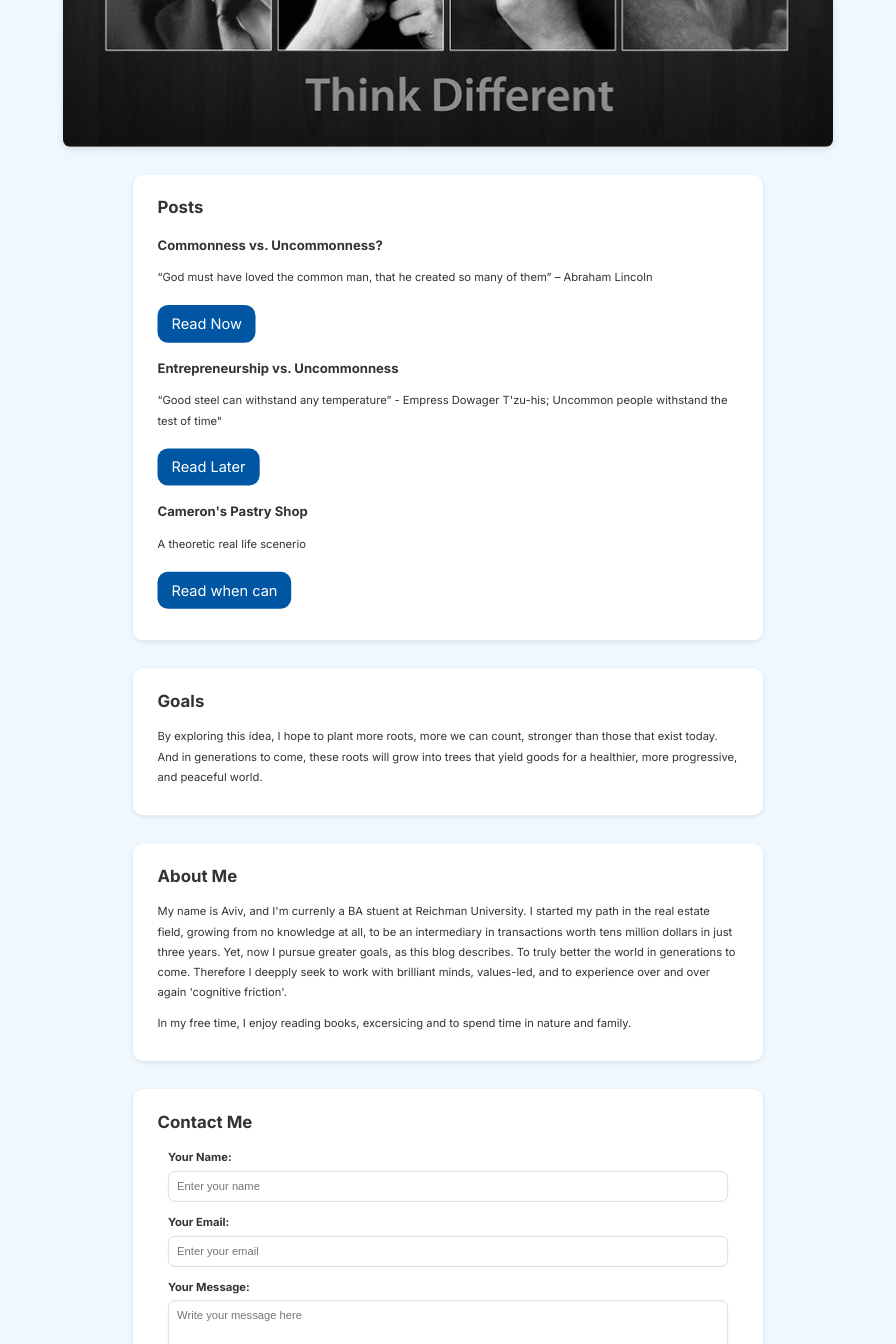
Repository: AvivGranot/Uncommon-Website
Page: index.html
The author's editor kept a copy of each file at every save. The page is drawn from the files as they stood at one save, then again after the next save.
The browser window is 1280 px wide. The pictures show the part of the page from y = 1154 to 3074 px (the page is 3402 px tall before and 3287 px after), at 70% of full size.

Above is the page before, as saved 2025-01-10 00:31:31.

### index.html
<!DOCTYPE html>
<html lang="en">
<head>
    <meta charset="UTF-8">
    <meta name="viewport" content="width=device-width, initial-scale=1.0">
    <title>Uncommon People in a Common World</title>
    <link href="https://fonts.googleapis.com/css2?family=Inter:wght@400;700&display=swap" rel="stylesheet">
    <style>
        /* General Reset */
        * {
            margin: 0;
            padding: 0;
            box-sizing: border-box;
            scroll-behavior: smooth;
        }

        body {
            font-family: 'Inter', sans-serif;
            background-color: #f0f8ff;
            color: #333;
            line-height: 1.8;
            overflow-x: hidden;
        }

        a {
            text-decoration: none;
            color: #0056a3;
            transition: color 0.3s;
        }

        a:hover {
            color: #003d7a;
        }

        h1, h2, h3 {
            font-weight: 700;
            margin-bottom: 15px;
        }

        p {
            margin-bottom: 15px;
        }

        nav {
            position: fixed;
            top: 0;
            width: 100%;
            background-color: #0056a3;
            box-shadow: 0 2px 5px rgba(0, 0, 0, 0.1);
            z-index: 1000;
            padding: 10px 0;
        }

        nav ul {
            list-style: none;
            display: flex;
            justify-content: center;
            gap: 20px;
        }

        nav ul li a {
            font-weight: bold;
            font-size: 1.1rem;
            padding: 10px;
            color: white;
            border-radius: 12px;
            transition: background-color 0.3s;
        }

        nav ul li a:hover {
            background-color: #003d7a;
        }

        .hero {
            background: linear-gradient(to bottom, #0056a3, #003d7a);
            color: #fff;
            text-align: center;
            padding: 100px 20px 60px;
            clip-path: ellipse(120% 100% at 50% 0%);
        }

        .hero h1 {
            font-size: 3rem;
            margin-bottom: 15px;
        }

        .hero p {
            font-size: 1.3rem;
        }

        .btn {
            display: inline-block;
            background-color: #ffc107;
            color: #333;
            padding: 15px 30px;
            border-radius: 25px;
            font-weight: bold;
            transition: all 0.3s;
            margin-top: 20px;
            font-size: 1.1rem;
        }

        .btn:hover {
            background-color: #e0a800;
            color: #fff;
        }

        .container {
            max-width: 900px;
            margin: 40px auto;
            background-color: #fff;
            border-radius: 15px;
            box-shadow: 0 2px 8px rgba(0, 0, 0, 0.1);
            padding: 25px 35px;
        }



        .about-container {
    text-align: center; /* Aligns text to the center */
    margin: 0 auto; /* Centers the div horizontally */
    padding: 20px; /* Adds spacing inside the container */
    background-color: #f8f9fa; /* Optional: Adds a light background color */
    border-radius: 10px; /* Optional: Rounds the corners */
    box-shadow: 0 4px 10px rgba(0, 0, 0, 0.1); /* Optional: Adds a subtle shadow */
}

        .blog-list {
            list-style: none;
            margin: 0;
            padding: 0;
        }

        .blog-list li {
            margin-bottom: 20px;
        }

        .blog-list a {
            font-size: 1.3rem;
            color: white;
        }

        .read-more {
            display: inline-block;
            margin-top: 10px;
            background-color: #0056a3;
            color: white;
            padding: 8px 20px;
            border-radius: 15px;
            font-size: 1rem;
        }

        .read-more:hover {
            background-color: #003d7a;
        }

        form {
            display: flex;
            flex-direction: column;
        }

        form input, form textarea, form button {
            padding: 12px;
            margin-bottom: 15px;
            border: 1px solid #ccc;
            border-radius: 50px;
            font-size: 1rem;
        }

        form button {
            background-color: #0056a3;
            color: #fff;
            font-weight: bold;
            cursor: pointer;
            transition: all 0.3s;
            font-size: 1.1rem;
        }

        footer {
            background-color: #0056a3;
            color: white;
            text-align: center;
            padding: 20px 10px;
        }

        footer a {
            color: #ffc107;
        }

        footer a:hover {
            color: #e0a800;
        }
    </style>
</head>
<body>
    <nav>
        <ul>
            <li><a href="#home">Home</a></li>
            <li><a href="#Posts">Posts</a></li>
            <li><a href="#about">About</a></li>
            <li><a href="mailto:granot211@gmail.com">Contact</a></li>
        </ul>
    </nav>

    <div class="hero" id="home">
        <h1>Uncommon People in a Common World</h1>
        <p>“If you would not be forgotten, as soon as you are dead and rotten, either write things worth reading, or do things worth writing” - Benjamin Franklin</p>
        <a href="#contact" class="btn">Get in Touch</a>
    </div>

    <div class="about-container">
        <h2>About The Blog</h2>
        <p>This blog was founded after two years of writing. It all began when I experienced the best growth in my career and life, yet felt that it didn't mean a thing to the greater world. So, after a lot of conversations with friends, mentors, and peers, they encouraged me to write my beliefs. Now it is time to publish it to the world. Hope you like it, and I would be more than happy to hear your feedback and perspectives.</p>
    </div>

    <section style="
    text-align: center;
    background: url('Assets/Images/think_different_martin_luther_king_john_lennon_steve_jobs_and_albert_einstein-t2.jpg') no-repeat center center/cover;
    padding: 6em 1em; /* Increases the vertical spacing */
    margin: 2em auto;
    max-width: 1100px;
    min-height: 700px; /* Ensures the section has a taller height */
    border-radius: 10px;
    box-shadow: 0 4px 10px rgba(0, 0, 0, 0.1);">
    <h2 style="color: #0056a3; margin-bottom: 1em; text-shadow: 1px 1px 2px rgba(0, 0, 0, 0.5);"></h2>
    <p style="color: white; font-size: 1.2rem; text-shadow: 1px 1px 2px rgba(0, 0, 0, 0.5);"></p>
        </div>
</section>


    <div class="container" id="Posts">
        <h2>Posts</h2>
        <ul class="blog-list">
            <li>
                <h3>Commonness vs. Uncommonness?</h3>
                <p>“God must have loved the common man, that he created so many of them” – Abraham Lincoln</p>
                <a href="Assets/posts/post1.html" class="read-more">Read Now</a>
            </li>
            <li>
                <h3>Entrepreneurship vs. Uncommonness</h3>
                <p>“Good steel can withstand any temperature” - Empress Dowager T'zu-his; Uncommon people withstand the test of time"</p>
                <a href="Assets/posts/post2.html" class="read-more">Read Later</a>
            </li>
            <li>
                <h3>Cameron's Pastry Shop</h3>
                <p>A theoretic real life scenerio</p>
                <a href="Assets/posts/post3.html" class="read-more">Read when can</a>
            </li>
        </ul>
    </div>


    <div class="container" id="Goals">
        <h2>Goals</h2>
        <p>By exploring this idea, I hope to plant more roots, more we can count, stronger than those that exist today. And in generations to come, these roots will grow into trees that yield goods for a healthier, more progressive, and peaceful world.</p>
    </div>

    <div class="container" id="about">
        <h2>About Me</h2>
        <p>My name is Aviv, and I'm currenly a BA stuent at Reichman University. I started my path in the real estate field, growing from no knowledge at all, to be an intermediary in transactions worth tens million dollars in just three years. Yet, now I pursue greater goals, as this blog describes. To truly better the world in generations to come. Therefore I deepply seek to work with brilliant minds, values-led, and to experience over and over again 'cognitive friction'.</p>
        <p>In my free time, I enjoy reading books, excersicing and to spend time in nature and family.</p>
    </div>

    <div class="container" id="contact">
        <h2>Contact Me</h2>
        <form action="https://formspree.io/f/mnnnozgo" method="POST" style="max-width: 800px; margin: auto;">
            <label for="name" style="display: block; margin-bottom: 5px; font-weight: bold;">Your Name:</label>
            <input type="text" id="name" name="name" placeholder="Enter your name" required
                style="width: 100%; padding: 12px; margin-bottom: 15px; border: 1px solid #ccc; border-radius: 10px; font-size: 1rem; font-family: 'Aptos', sans-serif;">

            <label for="email" style="display: block; margin-bottom: 5px; font-weight: bold;">Your Email:</label>
            <input type="email" id="email" name="email" placeholder="Enter your email" required
                style="width: 100%; padding: 12px; margin-bottom: 15px; border: 1px solid #ccc; border-radius: 10px; font-size: 1rem; font-family: 'Aptos', sans-serif;">

            <label for="message" style="display: block; margin-bottom: 5px; font-weight: bold;">Your Message:</label>
            <textarea id="message" name="message" rows="5" placeholder="Write your message here" required
                style="width: 100%; padding: 12px; border: 1px solid #ccc; border-radius: 10px; font-size: 1rem; font-family: 'Aptos', sans-serif; resize: vertical; overflow-y: auto; height: 150px;"></textarea>

            <button type="submit"
                style="width: 100%; padding: 15px; margin-top: 10px; background-color: #0056a3; color: white; border: none; border-radius: 10px; font-size: 1.1rem; font-weight: bold; cursor: pointer; transition: background-color 0.3s;">
                Send Message
            </button>
        </form>
    </div>

    <footer>
        <p>&copy;2025 Uncommon People in a Common World. All rights reserved. Unauthorized use, copying, or reproduction of this content is prohibited. <a href="mailto:granot211@gmail.com">Contact Me</a></p>
    </footer>
</body>
</html>

After the next save:
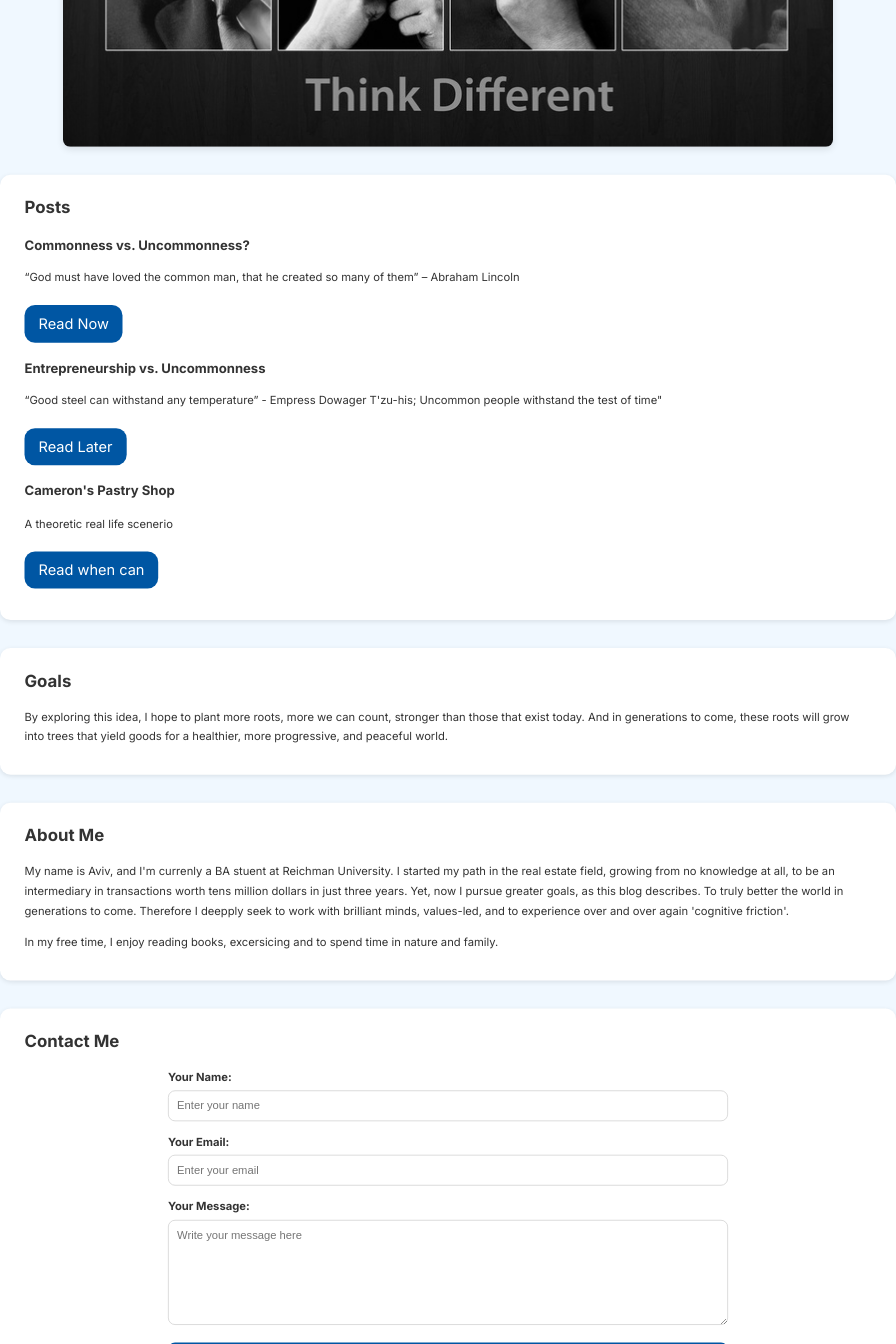
Saved 42 s later.
--- a/index.html
+++ b/index.html
@@ -106,7 +106,6 @@
         }
 
         .container {
-            max-width: 900px;
             margin: 40px auto;
             background-color: #fff;
             border-radius: 15px;
